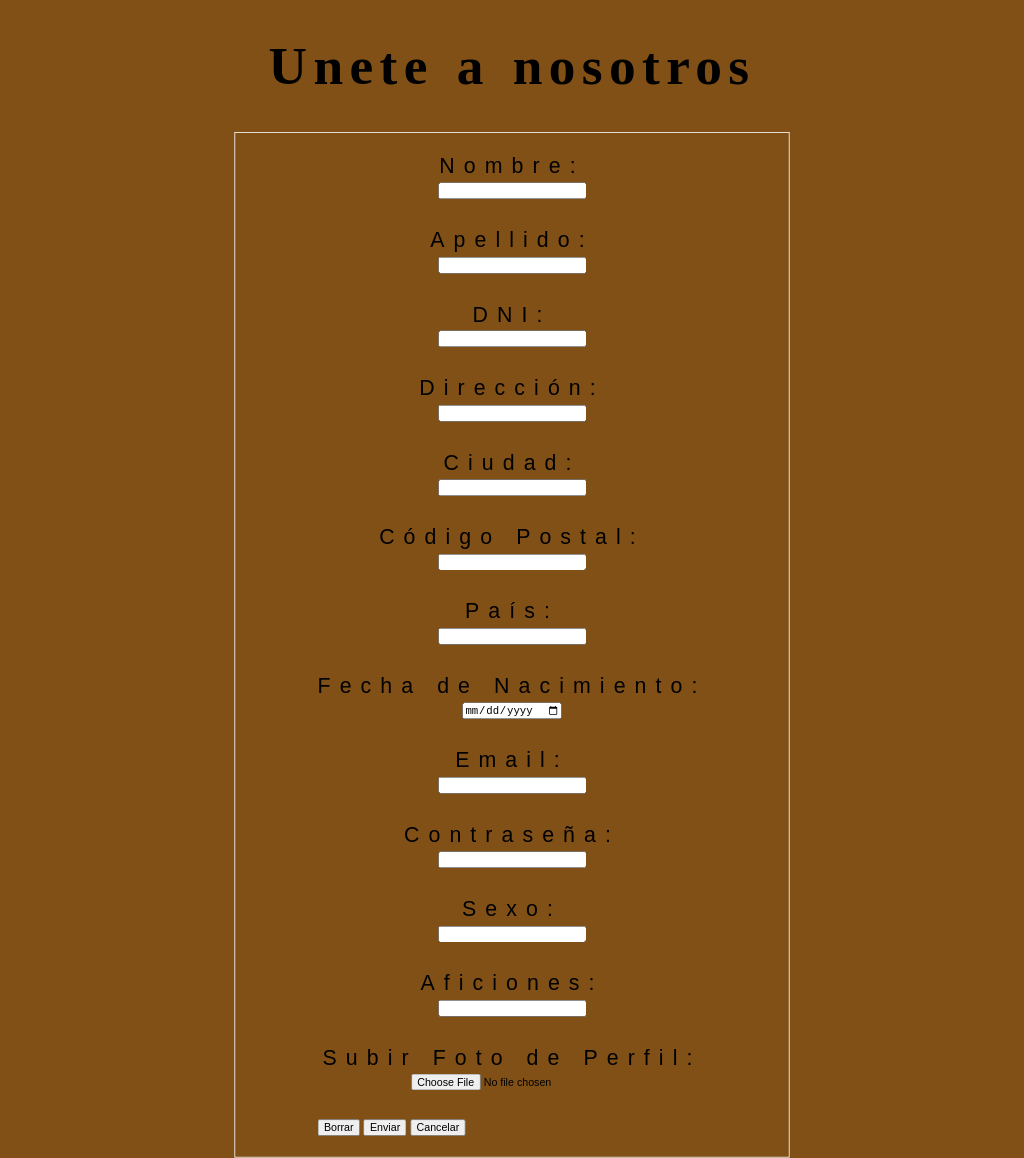
Repository: demoniers/demonIers.github.io
Page: web-lenguajes/src/singin.html
An editor plug-in stored every save of this project. The page is shown before and after the next save, followed by the edit.
The browser window is 1280 px wide. The pictures show the whole page, at 80% of full size.
Some web fonts or font styles are not loaded; a fallback is used.

Above is the page before, as saved 2025-01-24 12:14:31.

After the next save:
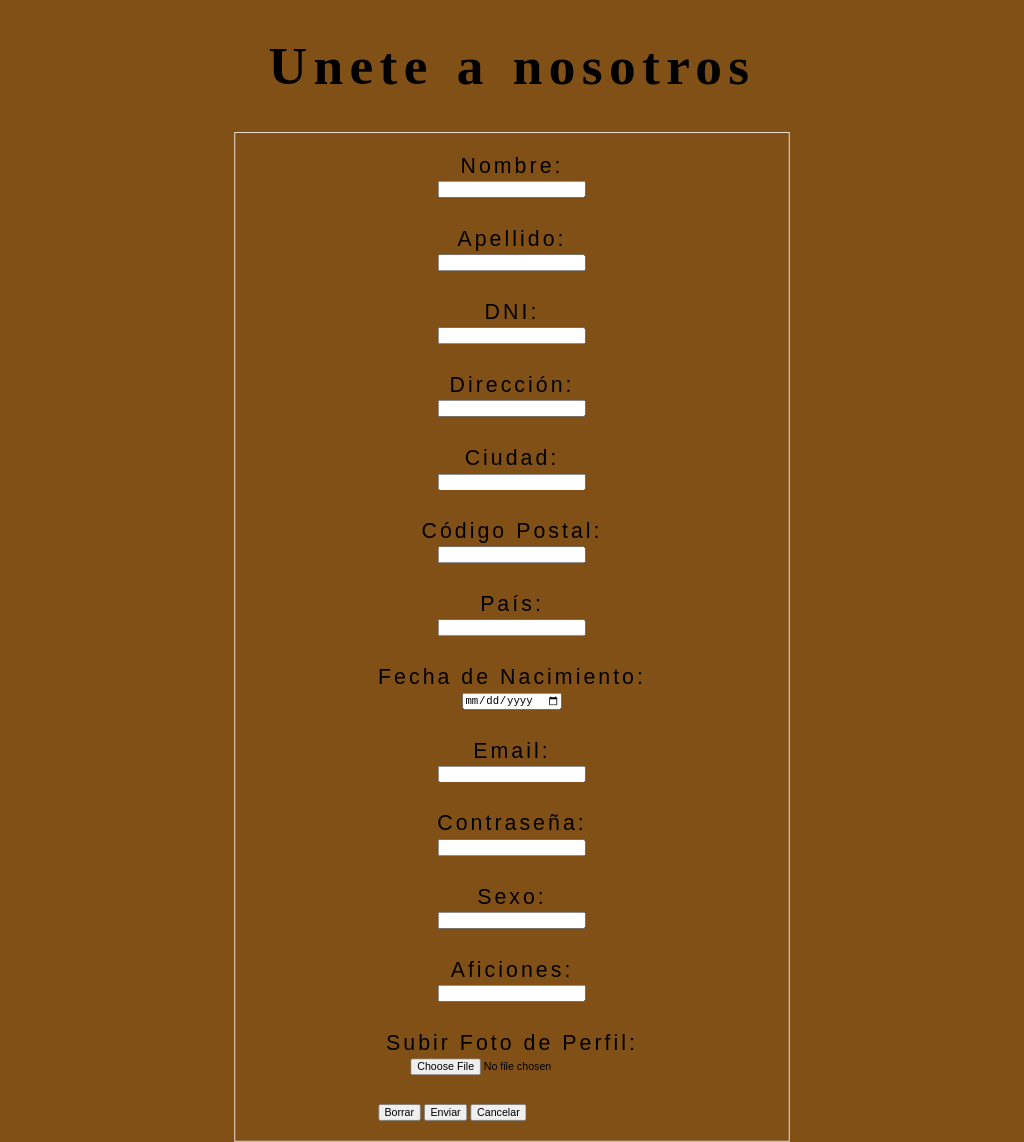
Saved 11 s later.
--- a/web-lenguajes/style/style.css
+++ b/web-lenguajes/style/style.css
@@ -257,7 +257,7 @@ form label {
     justify-self: center;
     margin-bottom: 1%;
     font-size: 20pt;
-    letter-spacing:0.3cm;
+    letter-spacing:0.1cm;
 }
 form input {
     display: block;
